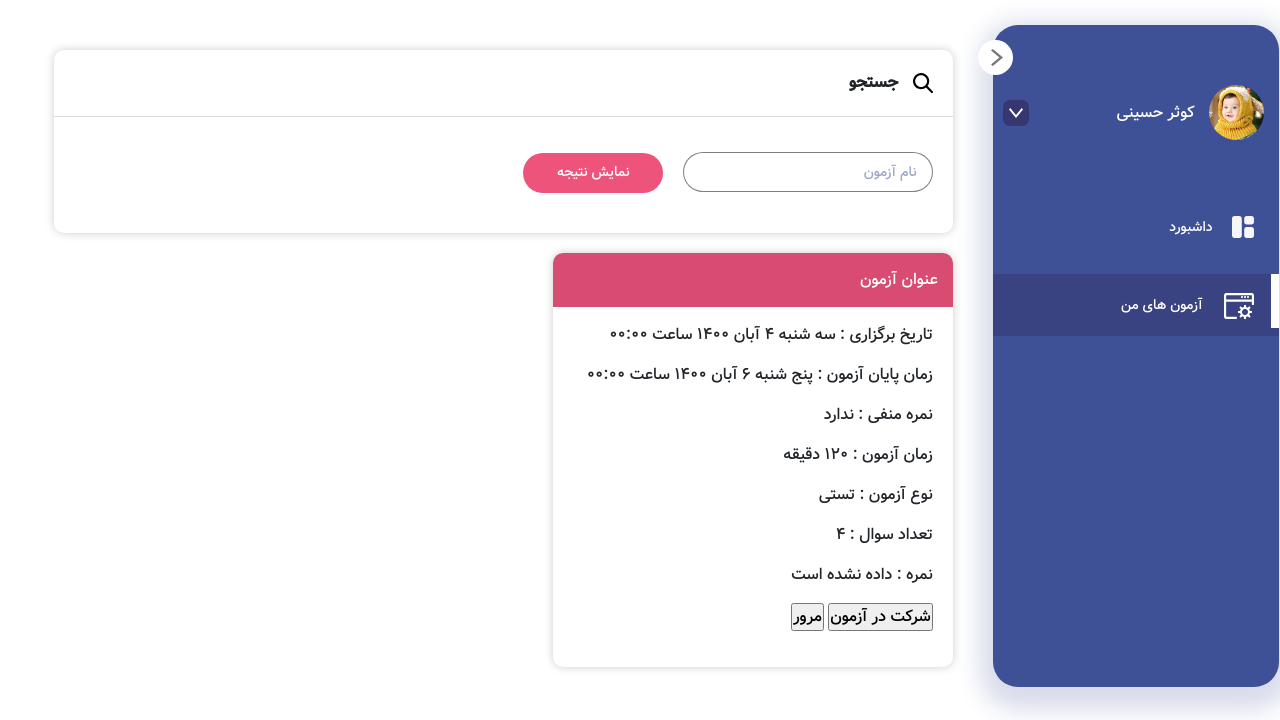
Repository: kosar78/quiz-online
Page: student-panel-myquiz.html
These files come from the project's save history. The page is drawn as it stood at one moment and after the next save; the edit follows.
The browser window is 1280 px wide. The pictures show the whole page.
The page's requests for data from a server got no answer.

Above is the page before, as saved 2022-01-09 14:54:32.

After the next save:
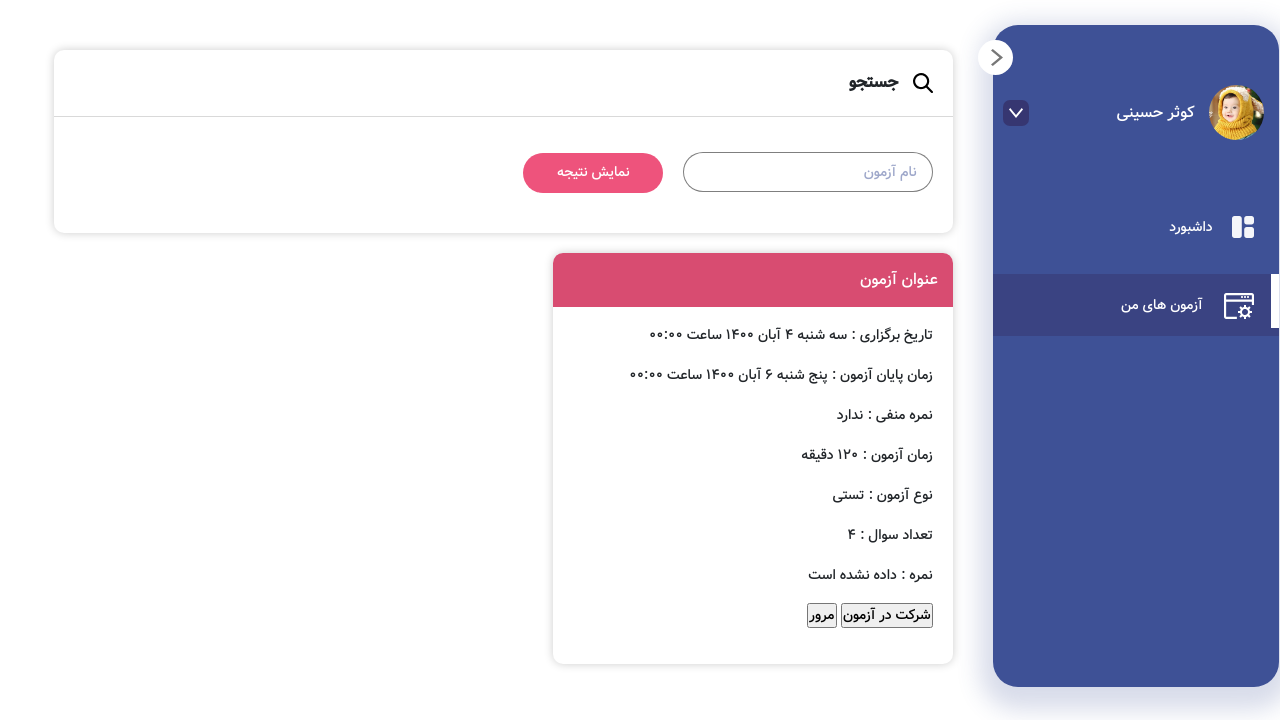
Saved 52 s later.
--- a/css/studnet-panel-myquiz.css
+++ b/css/studnet-panel-myquiz.css
@@ -104,3 +104,6 @@
     /* font-weight:bold; */
 
 }
+.quiz-box ul li{
+    font-size: 14px;
+}
